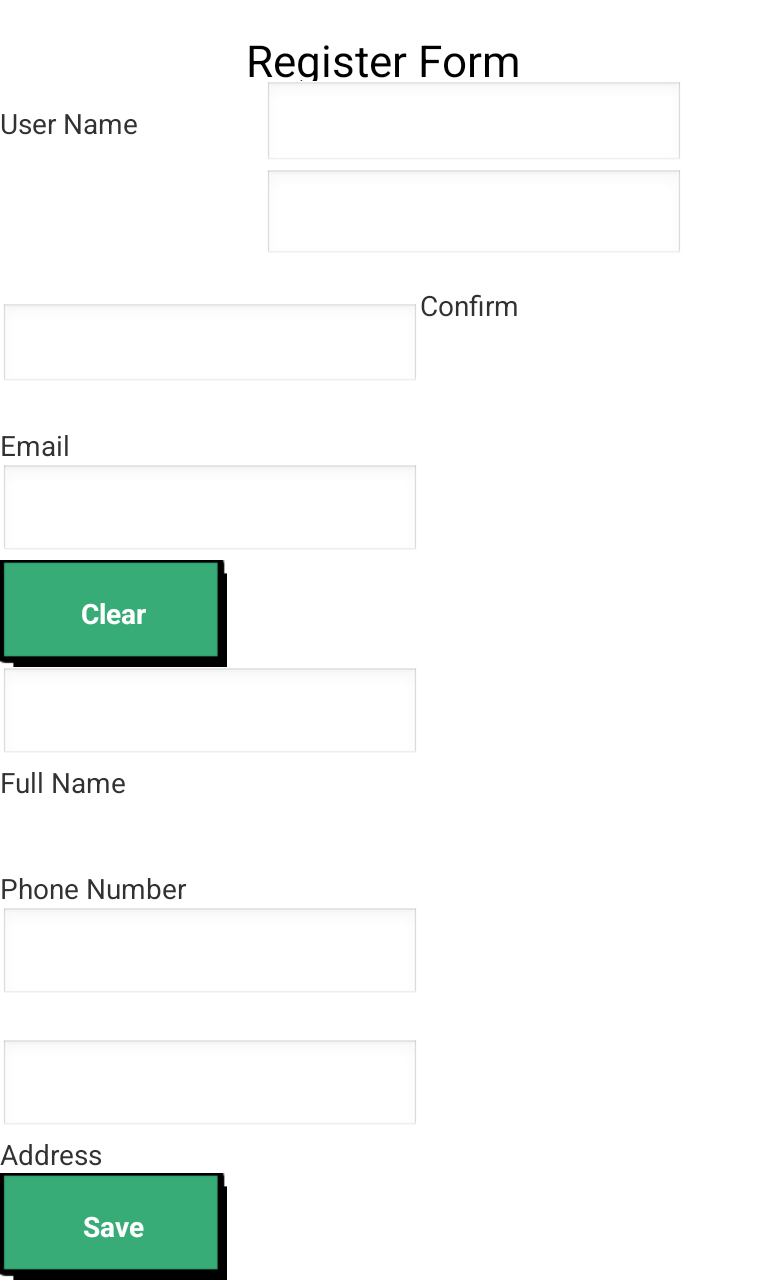
Repository: VanThi/Smart_Order
Layout: Project OS/Project_SO/res/layout/activity_register.xml
The author's editor kept a copy of each file at every save. The layout is drawn from the files as they stood at one save, then again after the next save.
It is drawn on a 768 x 1280 px phone screen (xhdpi) without system bars, with theme android:Theme.Light.NoTitleBar.Fullscreen; the app's code is not run.

Above is the layout before, as saved 2013-11-09 11:37:41.

### Project OS/Project_SO/res/layout/activity_register.xml
<?xml version="1.0" encoding="utf-8"?>
<LinearLayout xmlns:android="http://schemas.android.com/apk/res/android"
    android:layout_width="match_parent"
    android:layout_height="match_parent"
    android:orientation="vertical" >

    <TextView
        android:layout_width="wrap_content"
        android:layout_height="wrap_content"
        android:layout_weight="1"
        />

    <TextView
        android:id="@+id/registerForm"
        android:layout_width="wrap_content"
        android:layout_height="wrap_content"
        android:layout_gravity="center"
        android:layout_weight="1"
        android:text="@string/registerForm"
        android:textAppearance="?android:attr/textAppearanceLarge" />
    <LinearLayout
        android:layout_width="wrap_content"
        android:layout_height="wrap_content"
        android:layout_weight="1"
        android:orientation="horizontal"
        >

    <TextView
        android:id="@+id/tv_userName"
        android:layout_width="wrap_content"
        android:layout_height="wrap_content"
        android:ems="8"
        android:text="@string/userName" />

    <EditText
        android:id="@+id/et_userName"
        android:layout_width="wrap_content"
        android:layout_height="wrap_content"
        android:ems="10"
        android:inputType="text" />


    </LinearLayout>

    <LinearLayout
        android:layout_width="wrap_content"
        android:layout_height="wrap_content"
        android:layout_weight="1"
        android:orientation="horizontal"
        >
    <TextView
        android:id="@+id/tv_pass"
        android:layout_width="wrap_content"
        android:layout_height="wrap_content"
        android:layout_marginTop="32dp"
        android:ems="8"
        android:text="@string/password" />

    <EditText
        android:id="@+id/et_password"
        android:layout_width="wrap_content"
        android:layout_height="wrap_content"
        android:ems="10"
        android:inputType="textPassword" />

    </LinearLayout>

    <LinearLayout
        android:layout_width="wrap_content"
        android:layout_height="wrap_content"
        android:layout_weight="1"
        android:orientation="horizontal"
        >

    <EditText
        android:id="@+id/et_comfrim"
        android:layout_width="wrap_content"
        android:layout_height="wrap_content"
        android:layout_alignLeft="@+id/et_password"
        android:layout_below="@+id/et_password"
        android:layout_marginTop="20dp"
        android:ems="10"
        android:inputType="textPassword" />

    <TextView
        android:id="@+id/confrim"
        android:layout_width="wrap_content"
        android:layout_height="wrap_content"
        android:layout_alignBaseline="@+id/et_comfrim"
        android:layout_alignBottom="@+id/et_comfrim"
        android:layout_alignParentLeft="true"
        android:text="@string/confirm" />

    </LinearLayout>
    <TextView
        android:id="@+id/tv_email"
        android:layout_width="wrap_content"
        android:layout_height="wrap_content"
        android:layout_alignParentLeft="true"
        android:layout_below="@+id/et_fullname"
        android:layout_marginTop="18dp"
        android:ems="8"
        android:text="@string/email" />

    <EditText
        android:id="@+id/et_email"
        android:layout_width="wrap_content"
        android:layout_height="wrap_content"
        android:layout_alignBaseline="@+id/tv_email"
        android:layout_alignBottom="@+id/tv_email"
        android:layout_alignLeft="@+id/et_fullname"
        android:ems="10"
        android:inputType="textEmailAddress" />

    <Button
        android:id="@+id/clear"
        android:layout_width="wrap_content"
        android:layout_height="wrap_content"
        android:layout_alignBottom="@+id/save"
        android:layout_alignRight="@+id/et_email"
        style="@style/Button"
        android:text="@string/clear" />

    <EditText
        android:id="@+id/et_fullname"
        android:layout_width="wrap_content"
        android:layout_height="wrap_content"
        android:layout_alignLeft="@+id/et_comfrim"
        android:layout_below="@+id/et_comfrim"
        android:ems="10"
        android:inputType="text" />




    <TextView
        android:id="@+id/tv_fullName"
        android:layout_width="wrap_content"
        android:layout_height="wrap_content"
        android:layout_alignBaseline="@+id/et_fullname"
        android:layout_alignBottom="@+id/et_fullname"
        android:layout_alignParentLeft="true"
        android:ems="8"
        android:text="@string/fullName" />

    <TextView
        android:id="@+id/tv_phoneNumber"
        android:layout_width="wrap_content"
        android:layout_height="wrap_content"
        android:layout_alignParentLeft="true"
        android:layout_below="@+id/et_email"
        android:layout_marginTop="34dp"
        android:ems="8"
        android:text="@string/phoneNumber" />

    <EditText
        android:id="@+id/et_phoneNumber"
        android:layout_width="wrap_content"
        android:layout_height="wrap_content"
        android:layout_alignBaseline="@+id/tv_phoneNumber"
        android:layout_alignBottom="@+id/tv_phoneNumber"
        android:layout_toRightOf="@+id/tv_phoneNumber"
        android:inputType="phone"
        android:ems="10" />

    <EditText
        android:id="@+id/et_address"
        android:layout_width="wrap_content"
        android:layout_height="wrap_content"
        android:layout_below="@+id/et_phoneNumber"
        android:layout_marginTop="18dp"
        android:layout_toRightOf="@+id/tv_phoneNumber"
        android:inputType="text"
        android:ems="10" />

    <TextView
        android:id="@+id/tv_address"
        android:layout_width="wrap_content"
        android:layout_height="wrap_content"
        android:layout_alignBaseline="@+id/et_address"
        android:layout_alignBottom="@+id/et_address"
        android:layout_alignParentLeft="true"
        android:ems="8"
        android:text="@string/address" />

    <Button
        android:id="@+id/save"
        android:layout_width="wrap_content"
        android:layout_height="wrap_content"
        android:layout_below="@+id/et_address"
        android:layout_marginRight="16dp"
        android:layout_toLeftOf="@+id/clear"
        style="@style/Button"
        android:text="@string/save" />


</LinearLayout>

### Project OS/Project_SO/res/values/strings.xml
<?xml version="1.0" encoding="utf-8"?>
<resources>

    <string name="app_name">Smart Order</string>
    <string name="action_settings">Settings</string>
    <string name="hello_world">Hello world!</string>
    <string name="menu_item">Menu</string>
    <string name="configuration">View Info</string>
    <string name="viewOrder">View Order</string>
    <string name="logout">Logout</string>
    <string name="exit">Exit</string>
    <string name="userName">User Name</string>
    <string name="password">PassWord</string>
    <string name="address">Address</string>
    <string name="phoneNumber">Phone Number</string>
    <string name="email">Email</string>
    <string name="confirm">Confirm</string>
    <string name="fullName">Full Name</string>
    <string name="register">Have not a account?</string>
    <string name="login">Login</string>
    <string name="developer">CyberSoft Team 1</string>
    <string name="clear">Clear</string>
    <string name="update">Update</string>
    <string name="order">Order</string>
    <string name="save">Save</string>
    <string name="registerForm">Register Form</string>
	<string name="configurationForm">View Info</string>
	<string name="ok">OK</string>
	<string name="back">Back</string>
	<string name="inc">+</string>
	<string name="dec">-</string>

</resources>

### Project OS/Project_SO/res/values/styles.xml
<resources>

    <!--
        Base application theme, dependent on API level. This theme is replaced
        by AppBaseTheme from res/values-vXX/styles.xml on newer devices.
    -->
    <style name="AppBaseTheme" parent="android:Theme.Light">
        <!--
            Theme customizations available in newer API levels can go in
            res/values-vXX/styles.xml, while customizations related to
            backward-compatibility can go here.
        -->
    </style>

    <style name="NoActionBar" parent="@android:style/Theme.Holo.NoActionBar">
        <!-- Inherits the Holo theme with no action bar; no other styles needed. -->
    </style>

    <!-- Application theme. -->
    <style name="AppTheme" parent="AppBaseTheme">
        <!-- All customizations that are NOT specific to a particular API-level can go here. -->
    </style>

    <style name="HeaderBG">
        <item name="android:layout_width">fill_parent</item>
        <item name="android:layout_height">60dp</item>
        <item name="android:background">@drawable/header_bg</item>
        <item name="android:orientation">horizontal</item>
    </style>

    <style name="HeaderText">
        <item name="android:textColor">#FFFFFF</item>
        <item name="android:textSize">22sp</item>
        <item name="android:textStyle">bold</item>
        <item name="android:ellipsize">end</item>
        <item name="android:gravity">center</item>
        <item name="android:singleLine">true</item>
        <item name="android:text">@string/app_name</item>
    </style>

    <style name="Background">
        <item name="android:layout_width">fill_parent</item>
        <item name="android:layout_height">fill_parent</item>
        <item name="android:background">@color/background</item>
        <item name="android:orientation">vertical</item>
    </style>

    <style name="MENU">
        <item name="android:layout_width">fill_parent</item>
        <item name="android:layout_height">63dp</item>
        <item name="android:background">@drawable/menu_bg</item>
        <item name="android:gravity">center_vertical</item>
        <item name="android:padding">10dp</item>
        <item name="android:textColor">#FFFFFF</item>
        <item name="android:textSize">16sp</item>
    </style>

    <style name="TextDescription">
        <item name="android:textColor">@color/black</item>
        <item name="android:textSize">16sp</item>
        <item name="android:typeface">sans</item>
        <item name="android:textStyle">bold</item>
    </style>

    <style name="Text">
        <item name="android:textColor">@color/black</item>
        <item name="android:textSize">20sp</item>
        <item name="android:typeface">sans</item>
    </style>

    <style name="EditText">
        <item name="android:textColor">@color/black</item>
        <item name="android:textSize">14sp</item>
        <item name="android:typeface">sans</item>
        <item name="android:padding">5dp</item>
    </style>

    <style name="Button">
        <item name="android:padding">5dp</item>
        <item name="android:textStyle">bold</item>
        <item name="android:textColor">@color/white</item>
        <item name="android:textSize">14sp</item>
        <item name="android:background">@drawable/btn_bg</item>
        <item name="android:typeface">sans</item>
        <item name="android:layout_width">90dp</item>
        <item name="android:layout_height">40dp</item>
    </style>

    <style name="ButtonRight">
        <item name="android:padding">5dp</item>
        <item name="android:textStyle">bold</item>
        <item name="android:textColor">@color/white</item>
        <item name="android:textSize">14sp</item>
        <item name="android:background">@drawable/btn_bg</item>
        <item name="android:typeface">sans</item>
        <item name="android:layout_width">90dp</item>
        <item name="android:layout_height">40dp</item>
        <item name="android:layout_marginLeft">5dp</item>
    </style>

    <style name="CustomProgressBar" parent="android:Widget.ProgressBar.Horizontal">
        <item name="android:layout_width">200dp</item>
        <item name="android:layout_height">wrap_content</item>
        <item name="android:padding">5dp</item>
        <item name="android:layout_marginRight">10dp</item>
        <item name="android:indeterminateOnly">false</item>
        <item name="android:progressDrawable">@drawable/custom_progress_bar_horizontal</item>
        <item name="android:minHeight">10dip</item>
        <item name="android:maxHeight">20dip</item>
    </style>


</resources>

### Project OS/Project_SO/res/values/colors.xml
<?xml version="1.0" encoding="utf-8"?>
<resources>
	<color name="transparent">#00000000</color>
	<color name="menu_background">#C0C0C0</color>
	<color name="background">#ffffff</color>

	<!-- Process bar -->
	<color name="black">#000000</color>
	<color name="white">#ffffff</color>
	<color name="progressbar">#4b80ce</color>

</resources>

### Project OS/Project_SO/res/drawable/btn_bg.xml
<?xml version="1.0" encoding="utf-8"?>
<selector xmlns:android="http://schemas.android.com/apk/res/android">
    <item android:state_pressed="true"
          android:drawable="@drawable/btn_bg_selected" /> <!-- pressed -->
    <item android:state_focused="true"
          android:drawable="@drawable/btn_bg_selected" /> <!-- focused -->
    <item android:drawable="@drawable/btn_bg_normal" /> <!-- default -->
</selector>

After the next save:
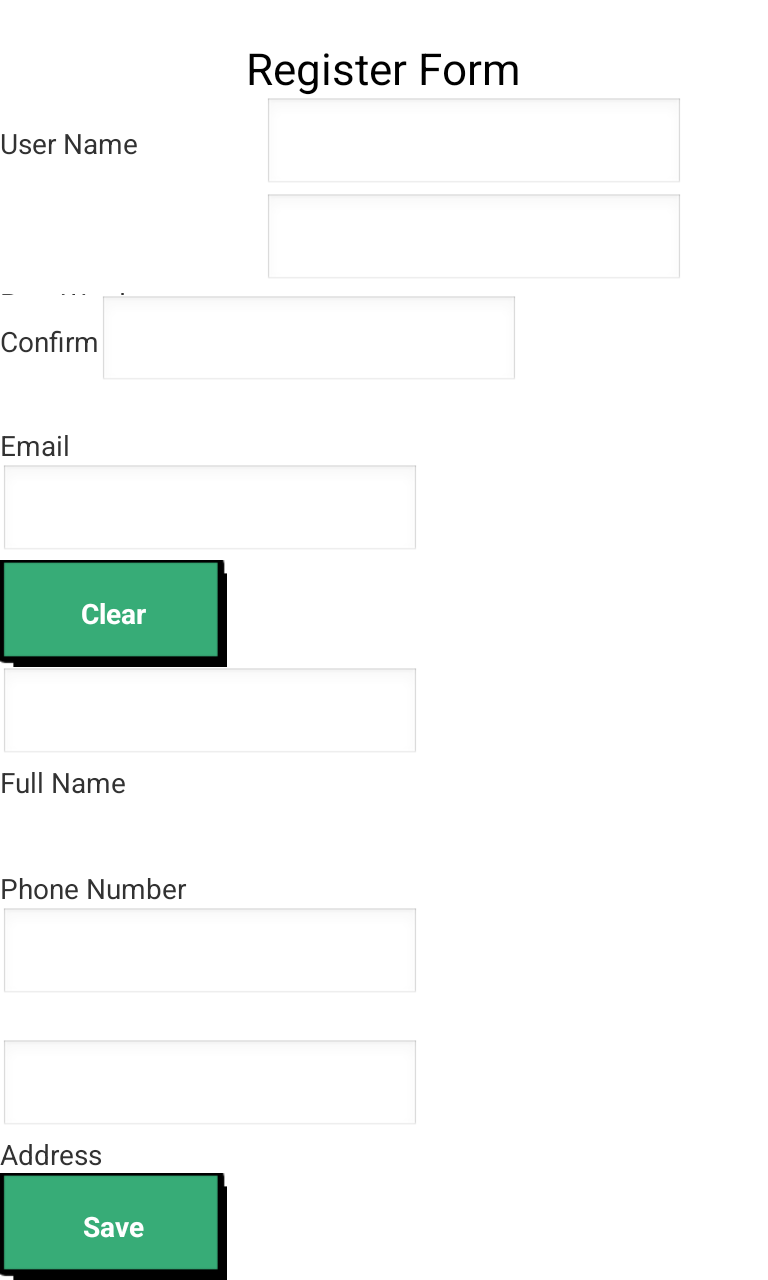
Saved 13 s later.
--- a/Project OS/Project_SO/res/layout/activity_register.xml
+++ b/Project OS/Project_SO/res/layout/activity_register.xml
@@ -72,24 +72,18 @@
         android:orientation="horizontal"
         >
 
+    <TextView
+        android:id="@+id/confrim"
+        android:layout_width="wrap_content"
+        android:layout_height="wrap_content"
+        android:text="@string/confirm" />
+
     <EditText
         android:id="@+id/et_comfrim"
         android:layout_width="wrap_content"
         android:layout_height="wrap_content"
-        android:layout_alignLeft="@+id/et_password"
-        android:layout_below="@+id/et_password"
-        android:layout_marginTop="20dp"
         android:ems="10"
         android:inputType="textPassword" />
-
-    <TextView
-        android:id="@+id/confrim"
-        android:layout_width="wrap_content"
-        android:layout_height="wrap_content"
-        android:layout_alignBaseline="@+id/et_comfrim"
-        android:layout_alignBottom="@+id/et_comfrim"
-        android:layout_alignParentLeft="true"
-        android:text="@string/confirm" />
 
     </LinearLayout>
     <TextView
